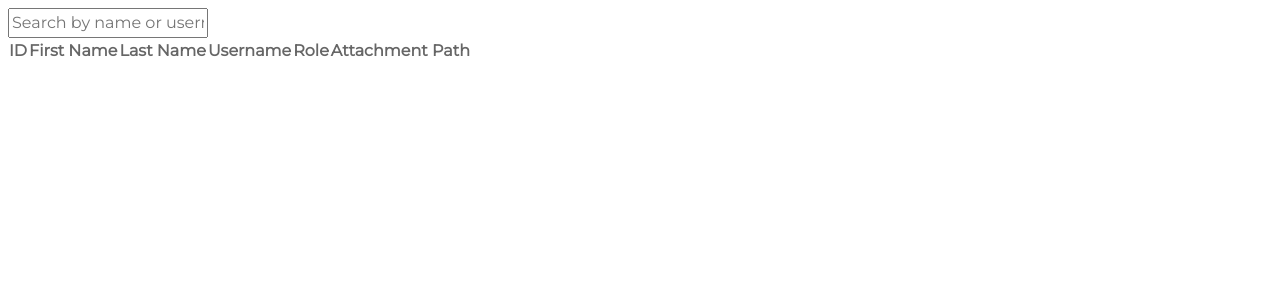
Repository: Arouja/frontgym
Page: /users
These files come from the project's save history. The page is drawn as it stood at one moment and after the next save; the edit follows.
The browser window is 1280 px wide. The pictures show the whole page.
The page's requests for data from a server got no answer. Some web libraries are served in a nearby version. The project was rebuilt for these pictures with package versions that can differ from the ones it lists, and the page was loaded fresh each time. No one was signed in, and anything a server would have sent is missing. Also part of the build but not shown: src/App.css, src/actions/authActions.js, src/Components/navbar/CustomNavbar.jsx, src/Components/footer/footer.jsx, src/Components/about/About.jsx, src/Components/classes/Classes.jsx, src/Components/home/Home.jsx, src/Components/feature/Feature.jsx and 10 more.

Above is the page before, as saved 2023-10-11 00:33:39.

After the next save:
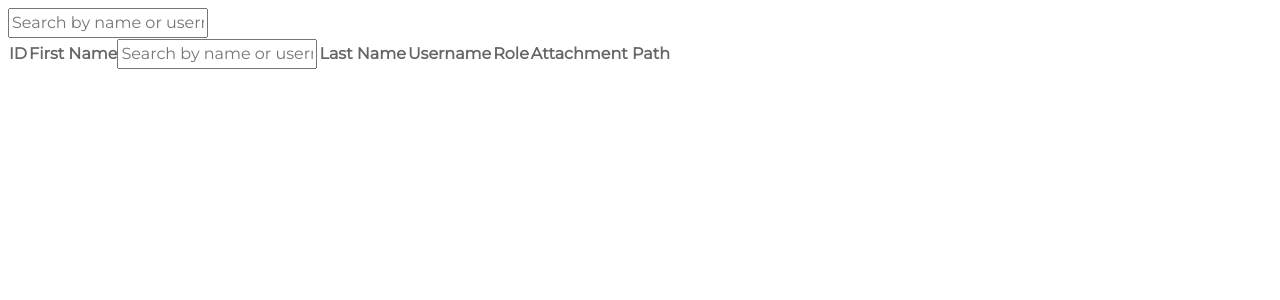
Saved 3 min 14 s later.
--- a/src/users/users.js
+++ b/src/users/users.js
@@ -12,9 +12,7 @@ function Users() {
   }, []);
 
   const filteredUsers = users.filter(user =>
-    user.firstName.toLowerCase().includes(searchTerm.toLowerCase()) ||
-    user.lastName.toLowerCase().includes(searchTerm.toLowerCase()) ||
-    user.username.toLowerCase().includes(searchTerm.toLowerCase())
+    user.firstName.toLowerCase().includes(searchTerm.toLowerCase())
   );
 
   return (
@@ -29,7 +27,14 @@ function Users() {
         <thead>
           <tr>
             <th>ID</th>
-            <th>First Name</th>
+            <th>First Name
+            <input
+        type="text"
+        value={searchTerm}
+        onChange={(e) => setSearchTerm(e.target.value)}
+        placeholder="Search by name or username"
+      />
+            </th>
             <th>Last Name</th>
             <th>Username</th>
             <th>Role</th>
